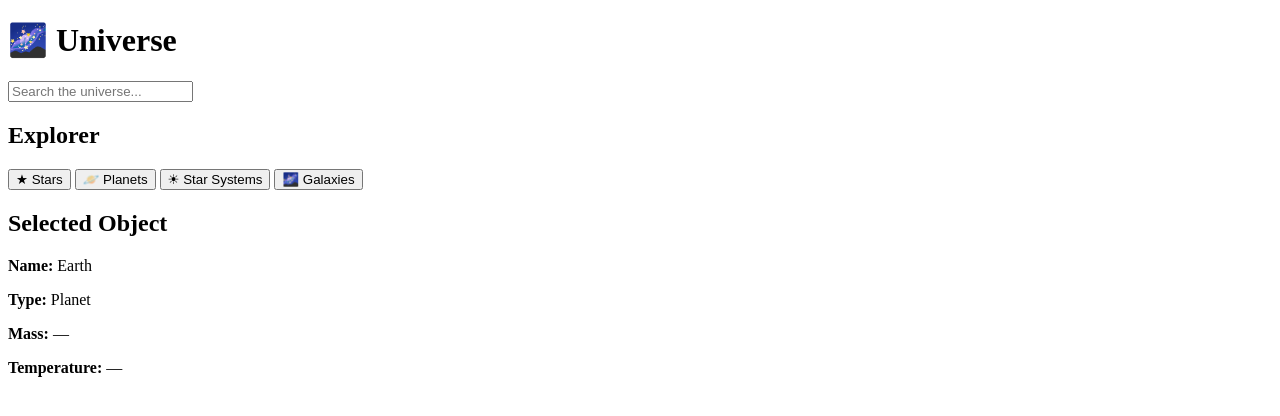
Repository: nico-madruga/Universe
Page: html/index.html
The author's editor kept a copy of each file at every save. The page is drawn from the files as they stood at one save, then again after the next save.
The browser window is 1280 px wide. The pictures show the whole page.

Above is the page before, as saved 2026-09-23 20:42:15.

### html/index.html
<!DOCTYPE html>
<html lang="en">
<head>
    <meta charset="UTF-8">
    <meta name="viewport" content="width=device-width, initial-scale=1.0">
    <link rel="stylesheet" href="../css/style.css">
    <title>Universe</title>

    <link rel="stylesheet" href="../css/style.css">
</head>

<body>

    <header class="navbar">
        <h1>🌌 Universe</h1>

        <input
            type="text"
            placeholder="Search the universe..."
            id="search"
        >
    </header>


    <main class="layout">

        <aside class="sidebar">

            <h2>Explorer</h2>

            <nav>
                <button>★ Stars</button>
                <button>🪐 Planets</button>
                <button>☀ Star Systems</button>
                <button>🌌 Galaxies</button>
            </nav>

        </aside>


        <section class="content">

            <section class="space">

                <div class="star star-1"></div>
                <div class="star star-2"></div>
                <div class="star star-3"></div>

                <div class="planet"></div>

            </section>


            <section class="object-info">

                <h2>Selected Object</h2>

                <div class="info-grid">

                    <p>
                        <strong>Name:</strong>
                        Earth
                    </p>

                    <p>
                        <strong>Type:</strong>
                        Planet
                    </p>

                    <p>
                        <strong>Mass:</strong>
                        —
                    </p>

                    <p>
                        <strong>Temperature:</strong>
                        —
                    </p>

                </div>

            </section>

        </section>

    </main>

</body>
</html>

### css/style.css
:root
{
    --oi: #101624;
}

body
{

}

After the next save:
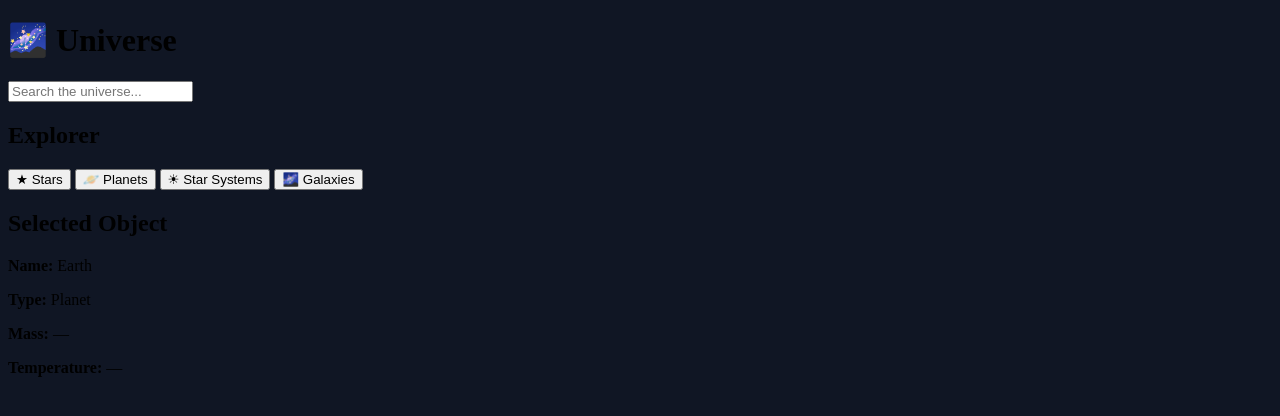
Saved 24 s later.
--- a/css/style.css
+++ b/css/style.css
@@ -5,5 +5,5 @@
 
 body
 {
-
+    background-color: var(--oi);
 }
